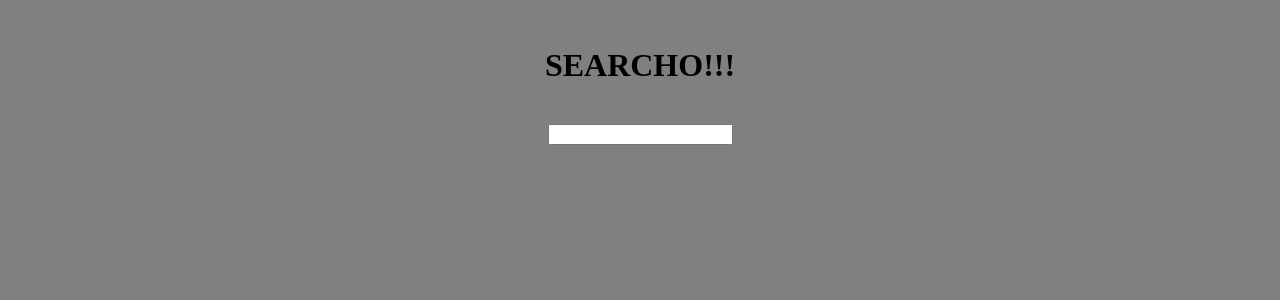
Repository: talkgunish/JAVA-WORLD
Page: advance_java/my_eclipse_java_proj/cookie_session/Search_on_google/WebContent/search_page.html
An editor plug-in stored every save of this project. The page is shown before and after the next save, followed by the edit.
The browser window is 1280 px wide. The pictures show the whole page.

Above is the page before, as saved 2018-06-19 17:27:33.

### advance_java/my_eclipse_java_proj/cookie_session/Search_on_google/WebContent/search_page.html
<!DOCTYPE html>
<html>
<head>
<meta charset="ISO-8859-1">
<title>Insert title here</title>
</head>
<body bgcolor="grey" align="center">
<form action="search" method="post">
<br><h1 align="center">SEARCHO!!!</h1><br>
<input type="text" name="search">

</form>

</body>
</html>

After the next save:
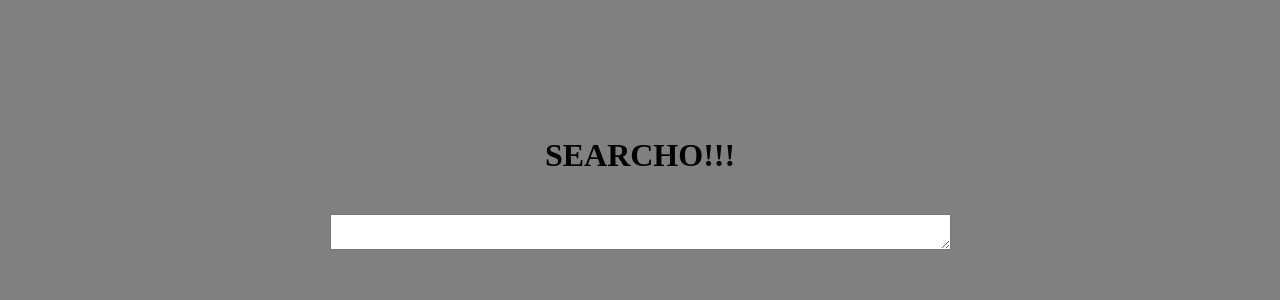
Saved 21 s later.
--- a/advance_java/my_eclipse_java_proj/cookie_session/Search_on_google/WebContent/search_page.html
+++ b/advance_java/my_eclipse_java_proj/cookie_session/Search_on_google/WebContent/search_page.html
@@ -6,9 +6,9 @@
 </head>
 <body bgcolor="grey" align="center">
 <form action="search" method="post">
-<br><h1 align="center">SEARCHO!!!</h1><br>
-<input type="text" name="search">
-
+<br><br><br><br><br><br><h1 align="center">SEARCHO!!!</h1><br>
+<textarea cols="75" value="">
+</textarea>
 </form>
 
 </body>

After the 3 saves that followed:
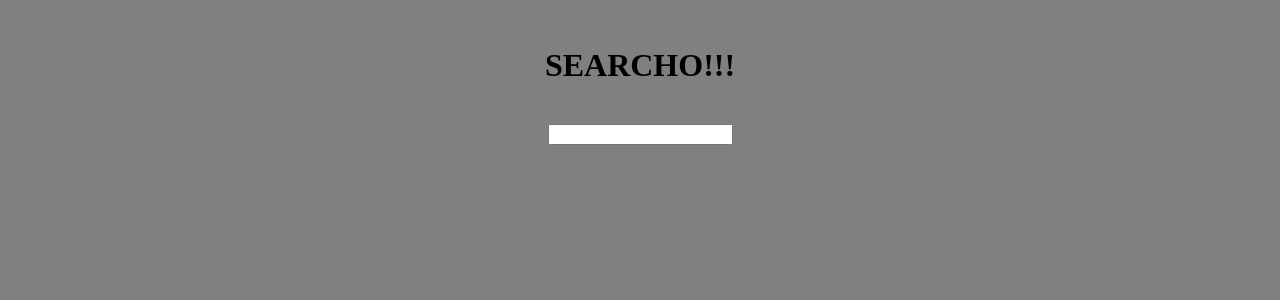
The 3 saves are shown as one change because 2 left the picture as it was.
The last was saved 6 min 56 s later.
--- a/advance_java/my_eclipse_java_proj/cookie_session/Search_on_google/WebContent/search_page.html
+++ b/advance_java/my_eclipse_java_proj/cookie_session/Search_on_google/WebContent/search_page.html
@@ -5,10 +5,10 @@
 <title>Insert title here</title>
 </head>
 <body bgcolor="grey" align="center">
-<form action="search" method="post">
-<br><br><br><br><br><br><h1 align="center">SEARCHO!!!</h1><br>
-<textarea cols="75" value="">
-</textarea>
+<form action="go" method="post">
+<br><h1 align="center">SEARCHO!!!</h1><br>
+<input type="text" name="search">
+
 </form>
 
 </body>
